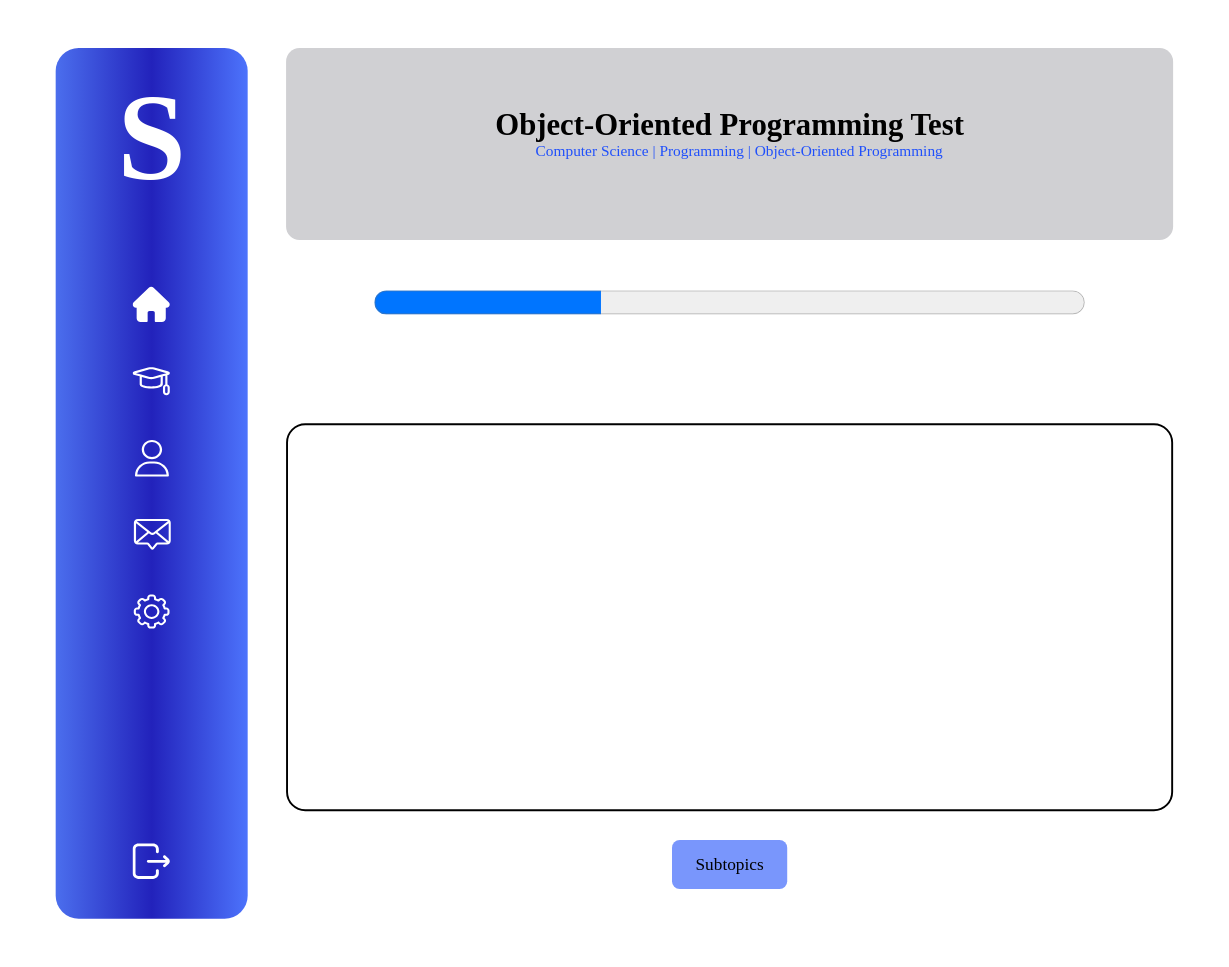
Repository: rafalzacher1/smartify-interface
Page: test.html
These files come from the project's save history. The page is drawn as it stood at one moment and after a run of saves; the edit follows.
The browser window is 1280 px wide. The pictures show the whole page, at 96% of full size.
Some web fonts or font styles are not loaded; a fallback is used.

Above is the page before, as saved 2022-06-30 19:24:11.

After the next 3 saves:
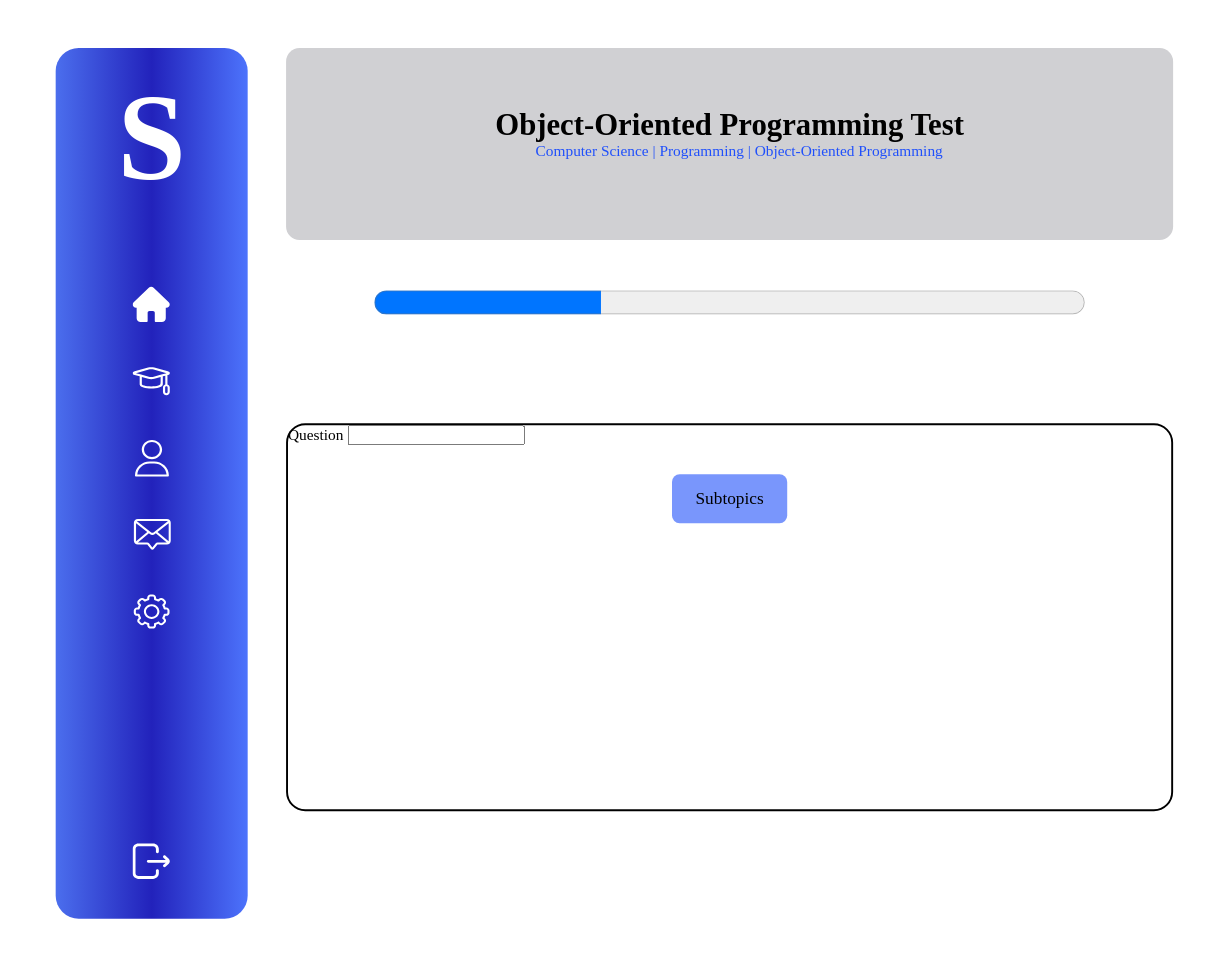
The 3 saves are shown as one change because they came seconds apart.
The last was saved 90 s later.
--- a/test.html
+++ b/test.html
@@ -78,7 +78,8 @@
             </div>
 
             <div id="question">
-
+                <label>Question</label>
+                <input
             </div>
 
             <div id="progress-container">
